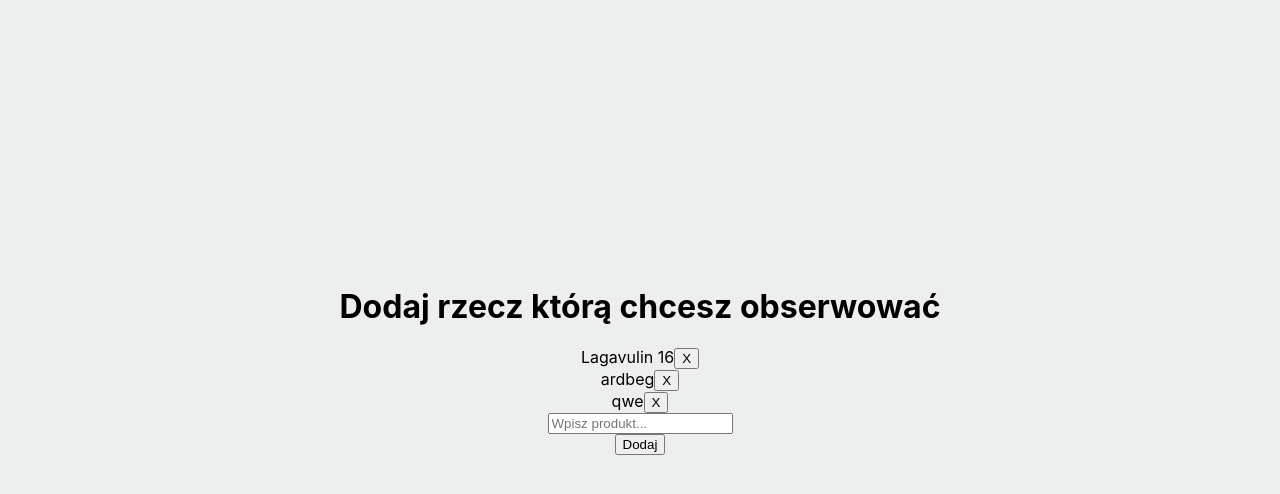
Repository: matedoo/crawler
Page: /MainApp
The author's editor kept a copy of each file at every save. The page is drawn from the files as they stood at one save, then again after a run of saves.
The browser window is 1280 px wide. The pictures show the whole page.
The project was rebuilt for these pictures with package versions that can differ from the ones it lists, and the page was loaded fresh each time. Requests to the local data server were answered from the project's data file. Also part of the build but not shown: src/Components/button.js, src/Components/LoginComponents/LoginApp.js, src/Components/LoginComponents/RegisterApp.js, src/Components/btnContainer.js, src/Components/heading.js, src/Components/LoginComponents/StartApp.js.

Above is the page before, as saved 2020-04-29 19:07:38.

### public/index.html
<!DOCTYPE html>
<html lang="en">
  <head>
    <meta charset="utf-8" />
    <link rel="icon" href="%PUBLIC_URL%/favicon.ico" />
    <meta name="viewport" content="width=device-width, initial-scale=1" />
    <meta name="theme-color" content="#000000" />
    <meta
      name="description"
      content="Web site created using create-react-app"
    />
    <link rel="apple-touch-icon" href="%PUBLIC_URL%/logo192.png" />
    <!--
      manifest.json provides metadata used when your web app is installed on a
      user's mobile device or desktop. See https://developers.google.com/web/fundamentals/web-app-manifest/
    -->
    <link rel="manifest" href="%PUBLIC_URL%/manifest.json" />
    <!--
      Notice the use of %PUBLIC_URL% in the tags above.
      It will be replaced with the URL of the `public` folder during the build.
      Only files inside the `public` folder can be referenced from the HTML.

      Unlike "/favicon.ico" or "favicon.ico", "%PUBLIC_URL%/favicon.ico" will
      work correctly both with client-side routing and a non-root public URL.
      Learn how to configure a non-root public URL by running `npm run build`.
    -->
    <title>Racoon</title>
  </head>
  <body>
    <noscript>You need to enable JavaScript to run this app.</noscript>
    <div id="root"></div>

  </body>
</html>

### src/App.js
import React from 'react';
import LoginApp from './Components/LoginComponents/LoginApp'
import RegisterApp from './Components/LoginComponents/RegisterApp'
import StartApp from './Components/LoginComponents/StartApp'
import MainApp from './Components/MainApp/MainApp'
import {BrowserRouter as Router, Switch, Route} from 'react-router-dom'




class App extends React.Component {

  render(){
    return (
      <Router>
        <Switch>
          <Route path='/' exact component={StartApp}></Route>
          <Route path='/LoginApp' component={LoginApp}></Route>
          <Route path='/RegisterApp' component={RegisterApp}></Route>
          <Route path='/MainApp' component={MainApp}></Route>
        </Switch>
      </Router>
    );
  }
}



export default App;

### src/Components/MainApp/MainApp.js
import React, { useState, useEffect } from 'react';
import styled from 'styled-components';
import MainAppElement from './MainAppElement'


//http://localhost:4000/items

function MainApp(props) {
  const [inputValue, setInputValue] = useState('')

  const [fetchedData, setFetchedData] = useState([])
  const [dataError, setDataError] = useState(null)
  const [isLoading, setIsLoading] = useState(true)

  useEffect(() => {
    const myFetch = async () => {
      setIsLoading(true)

      try {
        const response = await fetch(`http://localhost:4000/items`)
        const responseParsed = await response.json()

        setIsLoading(false)
        setFetchedData(responseParsed)

      } catch(dataError){
        setIsLoading(false)
        setDataError(dataError)
      }

    }
    myFetch()
  }, [])
  console.log(fetchedData);




  if(isLoading){
    return <p>Loading...</p>
  }
  if(dataError){
    return <p>Error...</p>
  }

  const handleInputChange = (event) => {
    const { value } = event.target

    setInputValue(value)

  }
  const handleButtonClick = () => {
    // setFetchedData({inputValue})

    // const { elementsList } = elementsListState;
    // console.log(elementsList)

    fetch('http://localhost:4000/items', {
        method: 'POST', // or 'PUT'
        headers: {
          'Content-Type': 'application/json',
        },
        body: JSON.stringify({
          title: inputValue
      }),
      })
      .then((response) => response.json())
      .then((data) => {
        if(fetchedData.some(el => el === inputValue)){
          return;
        }
        setFetchedData([...fetchedData, data])
        console.log('Success:', data);
        setInputValue('')
      })
      .catch((error) => {
        console.error('Error:', error);
      });

  }


    return (
      <LoginAppStyled>
        <h1>Dodaj rzecz którą chcesz obserwować</h1>
        {fetchedData.map((element) => (
          <MainAppElement
            key={element}
            value={element.id}
            element={element.title}
            // handleCloseClick={handleElementRemove}
          />
        ))}
        <input
          name='listelemt'
          placeholder='Wpisz produkt...'
          value={inputValue}
          onChange={handleInputChange}
        />
        <button onClick={handleButtonClick}>Dodaj</button>
        {/* {!!error && <p>{error}</p>} */}

      </LoginAppStyled>
    );

}

export default MainApp;



const LoginAppStyled = styled.div`
   background-color: #edeeee;
   margin: 0;
   padding:0;
   height: 100vh;
   width: 100%;
   display: flex;
   align-items: center;
   justify-content: center;
   flex-direction: column;
`

### src/Components/MainApp/MainAppElement.js
import React from 'react';


function MainAppElement(props){
    const {value, element, handleCloseClick} = props;
    return(
        <div value={value}>
            {element}
            <button onClick={ () => handleCloseClick(element)}>X</button>
        </div>

    )
}

export default MainAppElement;

### db.json
{
  "items": [
    {
      "title": "Lagavulin 16",
      "id": 1
    },
    {
      "title": "ardbeg",
      "id": 3
    },
    {
      "title": "qwe",
      "id": 4
    }

  ]
}

Loaded but not shown: src/index.js (common file); src/styles/index.css (common file); src/serviceWorker.js (common file)

After the next 2 saves:
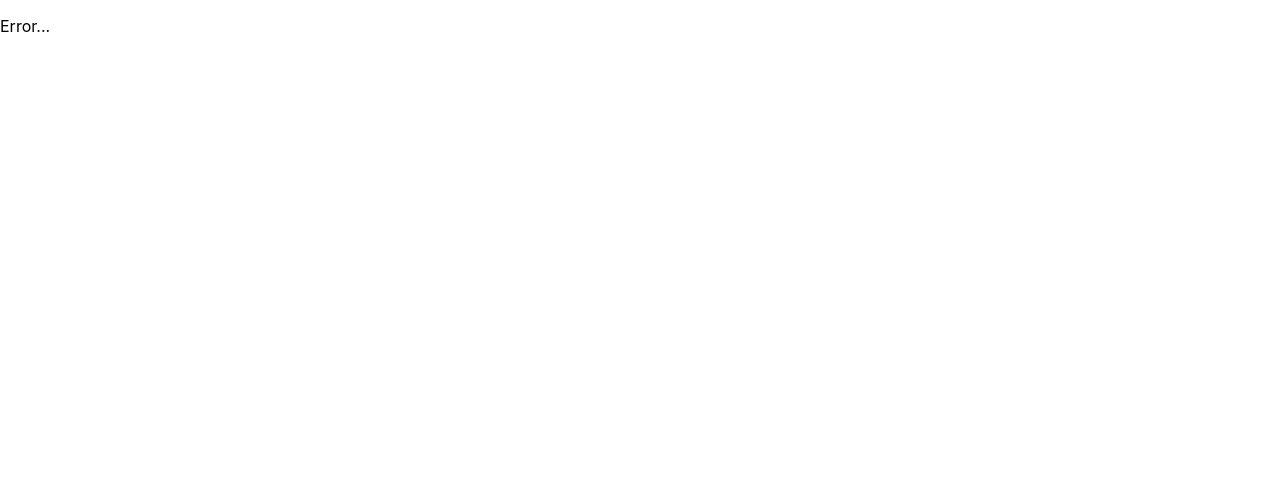
The 2 saves are shown as one change because 1 did not build or start.
The last was saved 13 min 23 s later.
--- a/src/Components/MainApp/MainApp.js
+++ b/src/Components/MainApp/MainApp.js
@@ -6,9 +6,9 @@
 //http://localhost:4000/items
 
 function MainApp(props) {
-  const [inputValue, setInputValue] = useState('')
-
-  const [fetchedData, setFetchedData] = useState([])
+  // const [inputValue, setInputValue] = useState('')
+  // const [fetchedData, setFetchedData] = useState([])
+  const [fetchedData, setFetchedData] = useState({elements: [], inputValue: ''})
   const [dataError, setDataError] = useState(null)
   const [isLoading, setIsLoading] = useState(true)
 
@@ -21,7 +21,7 @@
         const responseParsed = await response.json()
 
         setIsLoading(false)
-        setFetchedData(responseParsed)
+        setFetchedData({elements: [...fetchedData, responseParsed]})
 
       } catch(dataError){
         setIsLoading(false)
@@ -46,7 +46,10 @@
   const handleInputChange = (event) => {
     const { value } = event.target
 
-    setInputValue(value)
+    setFetchedData({
+      ...fetchedData,
+      inputValue: value
+    })
 
   }
   const handleButtonClick = () => {
@@ -66,24 +69,28 @@
       })
       .then((response) => response.json())
       .then((data) => {
-        if(fetchedData.some(el => el === inputValue)){
-          return;
-        }
-        setFetchedData([...fetchedData, data])
+        // if(fetchedData.some(el => el === inputValue)){
+        //   return;
+        // }
+        const { elements } = fetchedData;
+        setFetchedData({
+          elements: [...elements, inputValue],
+          inputValue: ''
+        })
         console.log('Success:', data);
-        setInputValue('')
+        // setInputValue('')
       })
       .catch((error) => {
         console.error('Error:', error);
       });
 
   }
-
+    const { elements, inputValue } = fetchedData
 
     return (
       <LoginAppStyled>
         <h1>Dodaj rzecz którą chcesz obserwować</h1>
-        {fetchedData.map((element) => (
+        {elements.map((element) => (
           <MainAppElement
             key={element}
             value={element.id}

After the 3 saves that followed:
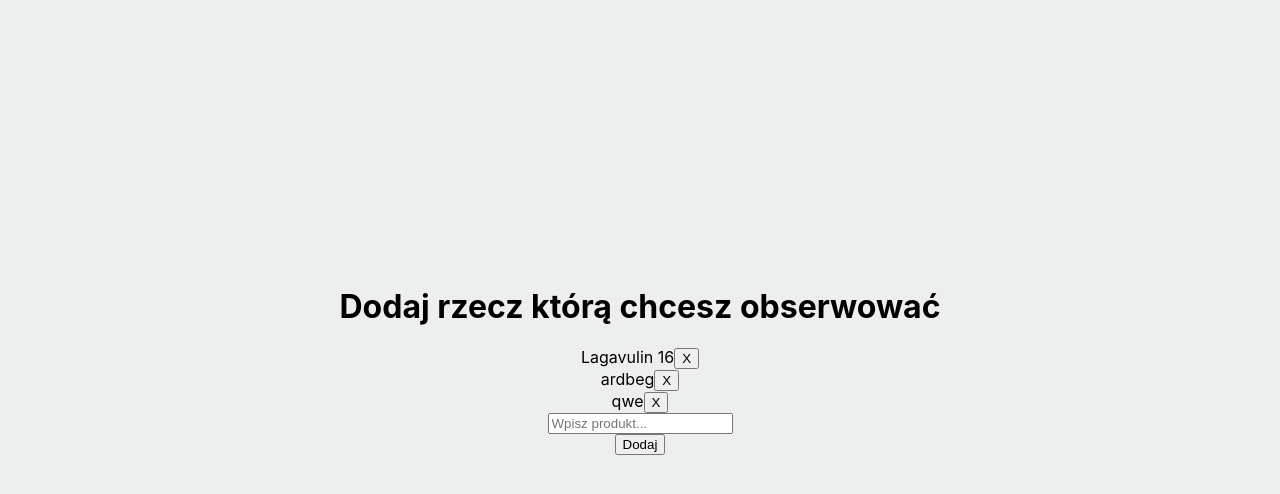
The 3 saves are shown as one change because 2 did not build or start.
The last was saved 116 s later.
--- a/src/Components/MainApp/MainApp.js
+++ b/src/Components/MainApp/MainApp.js
@@ -6,9 +6,9 @@
 //http://localhost:4000/items
 
 function MainApp(props) {
-  // const [inputValue, setInputValue] = useState('')
-  // const [fetchedData, setFetchedData] = useState([])
-  const [fetchedData, setFetchedData] = useState({elements: [], inputValue: ''})
+  const [inputValue, setInputValue] = useState('')
+
+  const [fetchedData, setFetchedData] = useState([])
   const [dataError, setDataError] = useState(null)
   const [isLoading, setIsLoading] = useState(true)
 
@@ -21,7 +21,7 @@
         const responseParsed = await response.json()
 
         setIsLoading(false)
-        setFetchedData({elements: [...fetchedData, responseParsed]})
+        setFetchedData(responseParsed)
 
       } catch(dataError){
         setIsLoading(false)
@@ -46,10 +46,7 @@
   const handleInputChange = (event) => {
     const { value } = event.target
 
-    setFetchedData({
-      ...fetchedData,
-      inputValue: value
-    })
+    setInputValue(value)
 
   }
   const handleButtonClick = () => {
@@ -69,28 +66,24 @@
       })
       .then((response) => response.json())
       .then((data) => {
-        // if(fetchedData.some(el => el === inputValue)){
-        //   return;
-        // }
-        const { elements } = fetchedData;
-        setFetchedData({
-          elements: [...elements, inputValue],
-          inputValue: ''
-        })
+        if(fetchedData.some(el => el === inputValue)){
+          return;
+        }
+        setFetchedData([...fetchedData, data])
         console.log('Success:', data);
-        // setInputValue('')
+        setInputValue('')
       })
       .catch((error) => {
         console.error('Error:', error);
       });
 
   }
-    const { elements, inputValue } = fetchedData
+
 
     return (
       <LoginAppStyled>
         <h1>Dodaj rzecz którą chcesz obserwować</h1>
-        {elements.map((element) => (
+        {fetchedData.map((element) => (
           <MainAppElement
             key={element}
             value={element.id}
